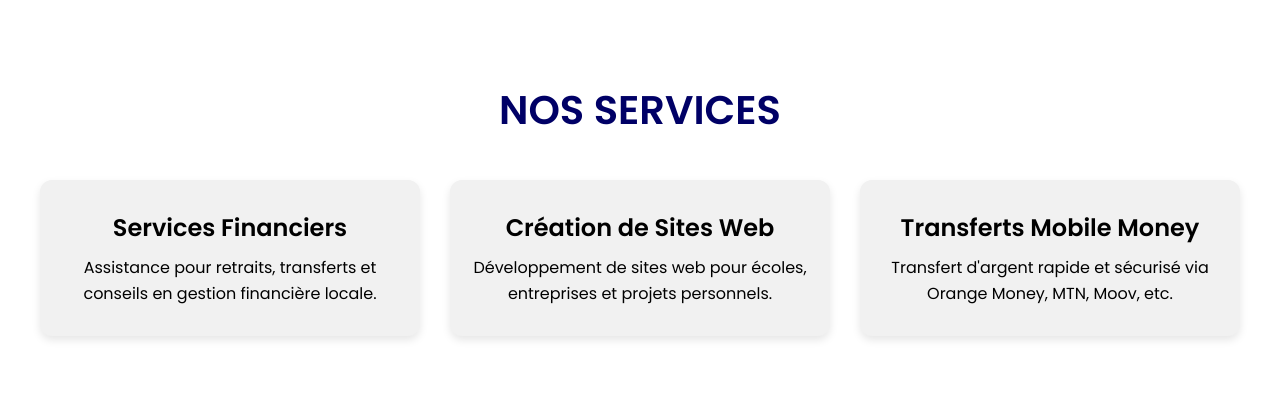
Repository: prestige225/prestige_services_et_finances
Page: AM.HTML
An editor plug-in stored every save of this project. The page is shown before and after the next save, followed by the edit.
The browser window is 1280 px wide. The pictures show the part of the page from y = 820 to 1271 px (the page is 1236 px tall before and 1271 px after).

Above is the page before, as saved 2025-05-30 01:32:41.
Not found: style.css

After the next save:
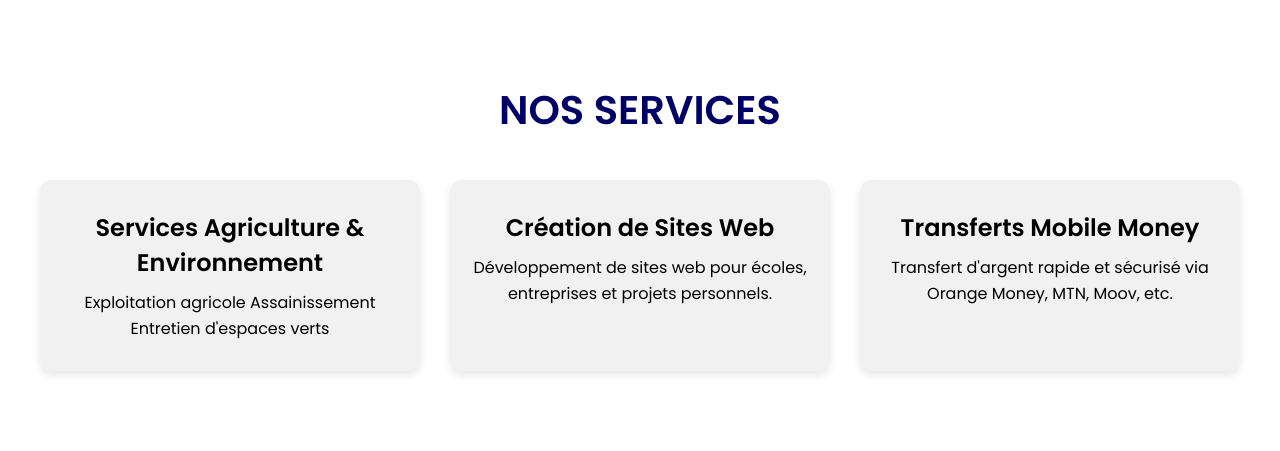
Saved 9 min 30 s later.
--- a/AM.HTML
+++ b/AM.HTML
@@ -274,8 +274,15 @@
     <div class="service-list">
       <div class="service-item">
         <i class="fas fa-university"></i>
-        <h3>Services Financiers</h3>
-        <p>Assistance pour retraits, transferts et conseils en gestion financière locale.</p>
+        <h3>Services Agriculture & Environnement
+</h3>
+        <p>Exploitation agricole
+
+Assainissement
+
+Entretien d'espaces verts
+
+</p>
       </div>
       <div class="service-item">
         <i class="fas fa-laptop-code"></i>
